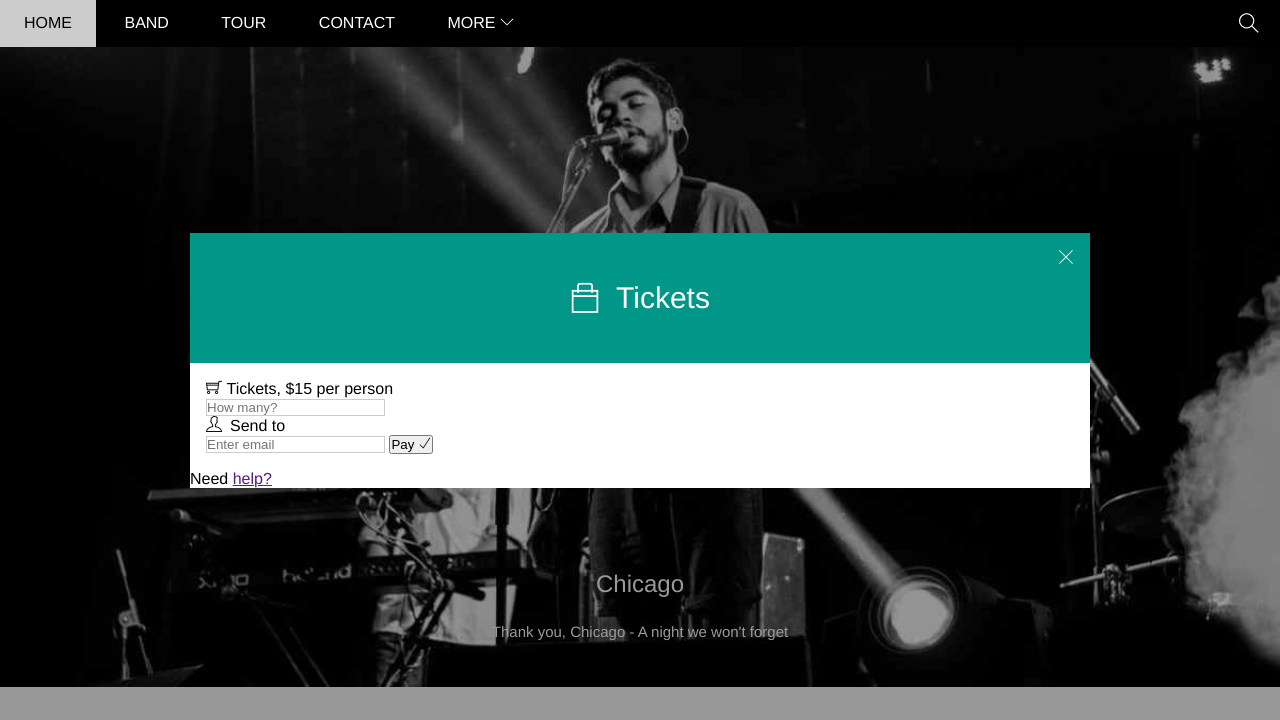
Repository: qhoa25623/The-Band
Page: index.html
These files come from the project's save history. The page is drawn as it stood at one moment and after the next save; the edit follows.
The browser window is 1280 px wide. The pictures show the window.
A layer covers the whole window, so only the first screen is drawn.

Above is the page before, as saved 2022-04-27 23:02:08.

### index.html
<!DOCTYPE html>
<html lang="en">
  <head>
    <meta charset="UTF-8" />
    <meta http-equiv="X-UA-Compatible" content="IE=edge" />
    <meta name="viewport" content="width=device-width, initial-scale=1.0" />
    <title>Document</title>
    <link rel="stylesheet" href="./assets/css/styles.css" />
    <link
      rel="stylesheet"
      href="./assets/fonts/themify-icons/themify-icons.css"
    />
  </head>
  <body>
    <div id="main">
      <div id="header">
        <ul id="nav">
          <li><a href="">Home</a></li>
          <li><a href="">Band</a></li>
          <li><a href="">Tour</a></li>
          <li><a href="">Contact</a></li>
          <li>
            <a href="">
              More
              <i class="nav-arrow-down ti-angle-down"></i>
            </a>
            <ul class="subnav">
              <li><a href="">Merchandise</a></li>
              <li><a href="">Extras</a></li>
              <li><a href="">Media</a></li>
            </ul>
          </li>
        </ul>
        <div class="search-btn">
          <i class="search-icon ti-search"></i>
        </div>
      </div>
      <div id="slider">
        <div class="text-content">
          <h2 class="text-heading">Chicago</h2>
          <div class="text-description">
            Thank you, Chicago - A night we won't forget
          </div>
        </div>
      </div>
      <div id="content">
        <!-- About section-->
        <div class="content-section">
          <h2 class="section-heading">THE BAND</h2>
          <p class="section-sub-heading">We love music</p>
          <p class="about-text">
            We have created a fictional band website. Lorem ipsum dolor sit
            amet, consectetur adipiscing elit, sed do eiusmod tempor incididunt
            ut labore et dolore magna aliqua. Ut enim ad minim veniam, quis
            nostrud exercitation ullamco laboris nisi ut aliquip ex ea commodo
            consequat. Duis aute irure dolor in reprehenderit in voluptate velit
            esse cillum dolore eu fugiat nulla pariatur. Excepteur sint occaecat
            cupidatat non proident, sunt in culpa qui officia deserunt mollit
            anim id est laborum consectetur adipiscing elit, sed do eiusmod
            tempor incididunt ut labore et dolore magna aliqua. Ut enim ad minim
            veniam, quis nostrud exercitation ullamco laboris nisi ut aliquip ex
            ea commodo consequat.
          </p>
          <div class="member-list">
            <div class="member-item">
              <p class="member-name">Name</p>
              <img
                src="./assets/img/band/member1.jpg"
                alt="Name"
                class="member-img"
              />
            </div>
            <div class="member-item">
              <p class="member-name">Name</p>
              <img
                src="./assets/img/band/member1.jpg"
                alt="Name"
                class="member-img"
              />
            </div>
            <div class="member-item">
              <p class="member-name">Name</p>
              <img
                src="./assets/img/band/member1.jpg"
                alt="Name"
                class="member-img"
              />
            </div>
            <div class="clear"></div>
          </div>
        </div>

        <!-- Tour section-->
        <div class="tour-section">
          <div class="content-section">
            <h2 class="section-heading text-white">TOUR DATES</h2>
            <p class="section-sub-heading text-white">
              Remember to book your tickets!
            </p>
            <ul class="tickets-list">
              <li>September <span class="sold-out">Sold out</span></li>
              <li>October <span class="sold-out">Sold out</span></li>
              <li>November <span class="quantity">3</span></li>
            </ul>
            <!-- Places-->
            <div class="places-list">
              <div class="place-item">
                <img
                  src="./assets/img/places/place1.jpg"
                  alt="New York"
                  class="place-img"
                />
                <div class="place-body">
                  <h3 class="place-heading">New York</h3>
                  <p class="place-time">Fri 27 Nov 2016</p>
                  <p class="place-desc">
                    Praesent tincidunt sed tellus ut rutrum sed vitae justo.
                  </p>
                  <a href="#" class="place-buy-btn">Buy Tickets</a>
                </div>
              </div>

              <div class="place-item">
                <img
                  src="./assets/img/places/place2.jpg"
                  alt="New York"
                  class="place-img"
                />
                <div class="place-body">
                  <h3 class="place-heading">Paris</h3>
                  <p class="place-time">Sat 28 Nov 2016</p>
                  <p class="place-desc">
                    Praesent tincidunt sed tellus ut rutrum sed vitae justo.
                  </p>
                  <a href="#" class="place-buy-btn">Buy Tickets</a>
                </div>
              </div>

              <div class="place-item">
                <img
                  src="./assets/img/places/place3.jpg"
                  alt="New York"
                  class="place-img"
                />
                <div class="place-body">
                  <h3 class="place-heading">San Francisco</h3>
                  <p class="place-time">Sun 29 Nov 2016</p>
                  <p class="place-desc">
                    Praesent tincidunt sed tellus ut rutrum sed vitae justo.
                  </p>
                  <a href="#" class="place-buy-btn">Buy Tickets</a>
                </div>
              </div>
              <div class="clear"></div>
            </div>
          </div>
        </div>

        <!-- Contact section-->
        <div class="content-section">
          <h2 class="section-heading">CONTACT</h2>
          <p class="section-sub-heading">Fan? Drop a note!</p>
        </div>
      </div>
      <div id="footer"></div>
    </div>
    <div class="modal">
      <div class="modal-container">
        <div class="modal-close">
          <i class="ti-close"></i>
        </div>
        <header class="modal-header">
          <i class="modal-heading-icon ti-bag"></i>
          Tickets
        </header>
        <div class="modal-body">
          <label for="" class="modal-label">
            <i class="ti-shopping-cart"></i>
            Tickets, $15 per person
          </label>
          <input type="text" class="modal-input" placeholder="How many?" />

          <label for="" class="modal-label">
            <i class="ti-user"> </i>
            Send to
          </label>
          <input type="text" class="modal-input" placeholder="Enter email" />

          <button id="buy-tickets">
            Pay
            <i class="ti-check"></i>
          </button>
        </div>
        <footer class="modal-footer">
          <p class="modal-help">Need <a href="">help?</a></p>
        </footer>
      </div>
    </div>
  </body>
</html>

### assets/css/styles.css
/* Reset CSS */
* {
  padding: 0;
  margin: 0;
  box-sizing: border-box;
}
html {
  font-family: Helvetica, Arial, sans-serif;
}
.clear {
  clear: both;
}
.text-white {
  color: #fff !important;
}
#main {
}
#header {
  position: fixed;
  top: 0;
  left: 0;
  right: 0;
  height: 46.5px;
  background-color: #000;
  z-index: 1;
}
#nav {
  display: inline-block;
}
#nav,
.subnav {
  list-style-type: none;
}
#nav > li {
  display: inline-block;
}
#nav li {
  position: relative;
}
#nav > li > a {
  color: #fff;
  text-transform: uppercase;
}
#nav li a {
  text-decoration: none;
  line-height: 46.5px;
  padding: 0 24px;
  display: block;
}
#nav li:hover .subnav {
  display: block;
}
#nav > li:hover > a,
#nav .subnav li:hover a {
  color: #000;
  background-color: #ccc;
}
#nav .subnav {
  min-width: 160px;
  top: 100%;
  left: 0;
  display: none;
  position: absolute;
  background-color: #fff;
  box-shadow: 0 0 10px rgba(0, 0, 0, 0.3);
}
#nav .subnav a {
  color: #000;
  padding: 0 16px;
  line-height: 38.5px;
}
#nav .nav-arrow-down {
  font-size: 14px;
}
#header .search-btn {
  float: right;
  padding: 0 21px;
}
#header .search-btn:hover {
  background-color: #f44336;
}
#header .search-icon {
  color: #fff;
  font-size: 20px;
  line-height: 46.5px;
}
#slider {
  position: relative;
  margin-top: 46.5px;
  padding-top: 50%;
  background: url("/assets/img/slider/slider1.jpg") top center / cover no-repeat;
}
#slider .text-content {
  position: absolute;
  bottom: 47px;
  color: #fff;
  left: 50%;
  transform: translateX(-50%);
  text-align: center;
}
#slider .text-heading {
  font-weight: 500;
  font-size: 24px;
}
#slider .text-description {
  font-size: 15px;
  margin-top: 25px;
}
#content {
}
#content .content-section {
  width: 800px;
  padding: 64px 0;
  margin-left: auto;
  margin-right: auto;
}
#content .section-heading {
  font-weight: 500;
  text-align: center;
  font-size: 30px;
  letter-spacing: 3px;
}
#content .section-sub-heading {
  text-align: center;
  font-size: 15px;
  margin-top: 25px;
  font-style: italic;
  opacity: 0.6;
}
#content .about-text {
  font-size: 15px;
  margin-top: 25px;
  text-align: justify;
  line-height: 1.4;
}
#content .member-list {
  margin-top: 47px;
}
#content .member-item {
  float: left;
  width: calc(100% / 3);
  text-align: center;
}
#content .member-name {
  font-size: 15px;
}
#content .member-img {
  margin-top: 15px;
  width: 154px;
  border-radius: 4px;
}

.tour-section {
  background: #000;
}
.tickets-list {
  background-color: #fff;
  list-style: none;
  margin-top: 40px;
}
.tickets-list li {
  color: rgb(117, 117, 117);
  font-size: 15px;
  padding: 11px 16px;
  border-bottom: 1px solid rgb(221, 221, 221);
}
.tickets-list .sold-out {
  color: #ffffff;
  background-color: #f44336;
  padding: 3px 4px;
  margin: 0 0 0 16px;
}
.tickets-list .quantity {
  float: right;
  width: 24px;
  height: 22.5px;
  background-color: #000;
  border-radius: 50%;
  text-align: center;
  color: #fff;
  line-height: 22.5px;
  margin-top: -3px;
}
.places-list {
  margin-top: 32px;
  margin-left: -8px;
  margin-right: -8px;
  padding-bottom: 48px;
}
.place-item {
  float: left;
  width: calc(100% / 3);
  padding: 0 8px;
}
.place-img {
  width: 100%;
  display: block;
}
.place-img:hover {
  opacity: 0.6;
}
.place-body {
  background-color: #fff;
  padding: 16px 16px;
  font-size: 15px;
}
.place-heading {
  font-size: 15px;
  font-weight: 550;
}
.place-time {
  margin-top: 15px;
  color: #757575;
}
.place-desc {
  margin-top: 15px;
  line-height: 1.4;
}
.place-buy-btn {
  color: #fff;
  background-color: #000;
  text-decoration: none;
  display: inline-block;
  margin-top: 15px;
  padding: 11px 16px;
}

.place-buy-btn:hover {
  color: #000;
  background-color: #ccc;
}
.modal {
  position: fixed;
  top: 0;
  right: 0;
  left: 0;
  bottom: 0;
  background: rgba(0, 0, 0, 0.4);
  display: flex;
  align-items: center;
  justify-content: center;
}
.modal-container {
  background: #fff;
  width: 900px;
  min-height: 200px;
  position: relative;
}

.modal-header {
  background: #009688;
  height: 130px;
  display: flex;
  align-items: center;
  justify-content: center;
  font-size: 30px;
  color: #fff;
}
.modal-heading-icon {
  margin-right: 16px;
}
.modal-close {
  position: absolute;
  right: 0;
  top: 0;
  color: #fff;
  padding:16px;
  cursor: pointer;
}
.modal-close:hover{
  color: #000;
  background-color: #ccc;
}
.modal-body{
  padding:16px;
}
.modal-label{
  display:block;
}
.modal-input{
  border:1px solid #ccc;
}

Loaded but not shown: assets/fonts/themify-icons/themify-icons.css (common file)

After the next save:
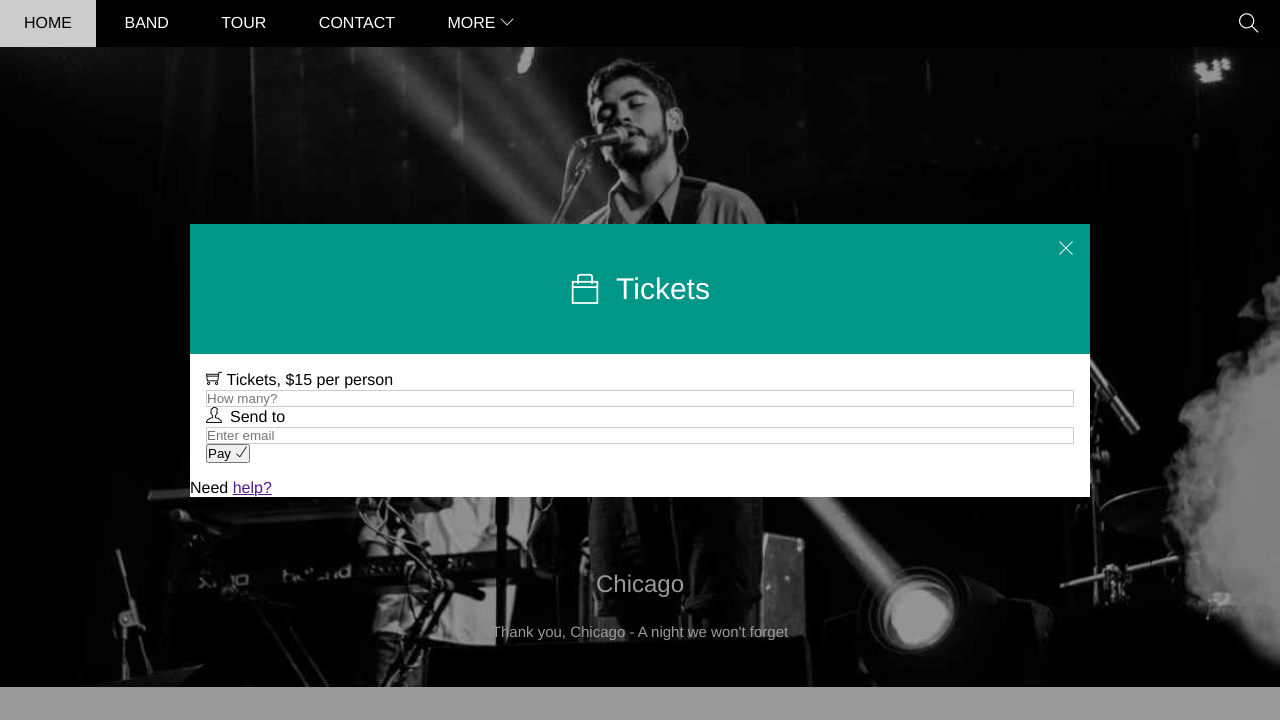
Saved 13 s later.
--- a/assets/css/styles.css
+++ b/assets/css/styles.css
@@ -279,4 +279,5 @@ html {
 }
 .modal-input{
   border:1px solid #ccc;
-}
+  width:100%;
+}
